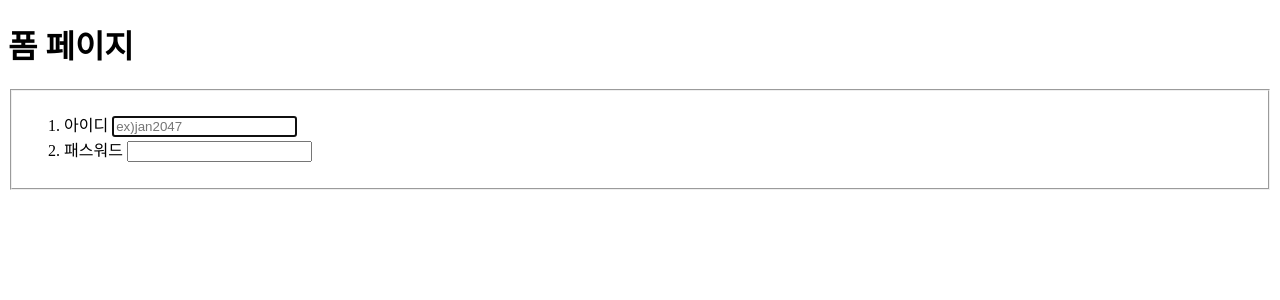
Repository: jinaa11/Kcc_Web
Page: Html/WebContent/form.html
These files come from the project's save history. The page is drawn as it stood at one moment and after the next save; the edit follows.
The browser window is 1280 px wide. The pictures show the whole page.

Above is the page before, as saved 2024-07-08 06:07:11.

After the next save:
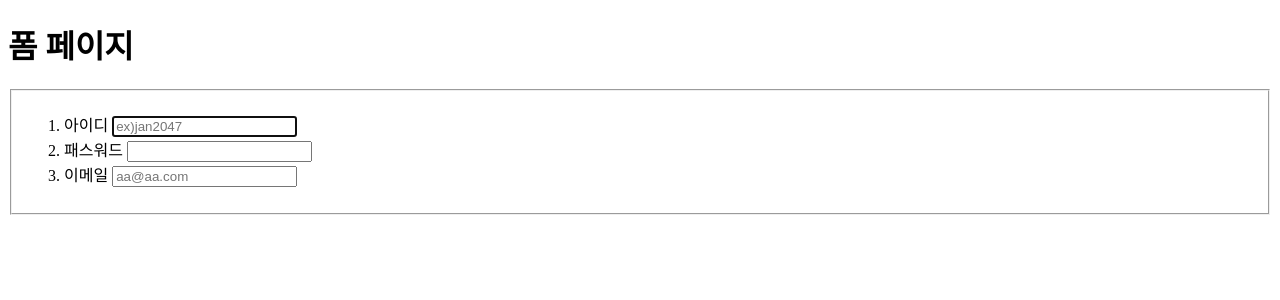
Saved 45 s later.
--- a/Html/WebContent/form.html
+++ b/Html/WebContent/form.html
@@ -19,6 +19,10 @@
 					<label>패스워드</label>
 					<input type="password" name="userPass">
 				</li>
+				<li>
+					<label>이메일</label>
+					<input type="email" placeholder="aa@aa.com" required="required">
+				</li>
 			</ol>
 		</fieldset>
 	</form>
